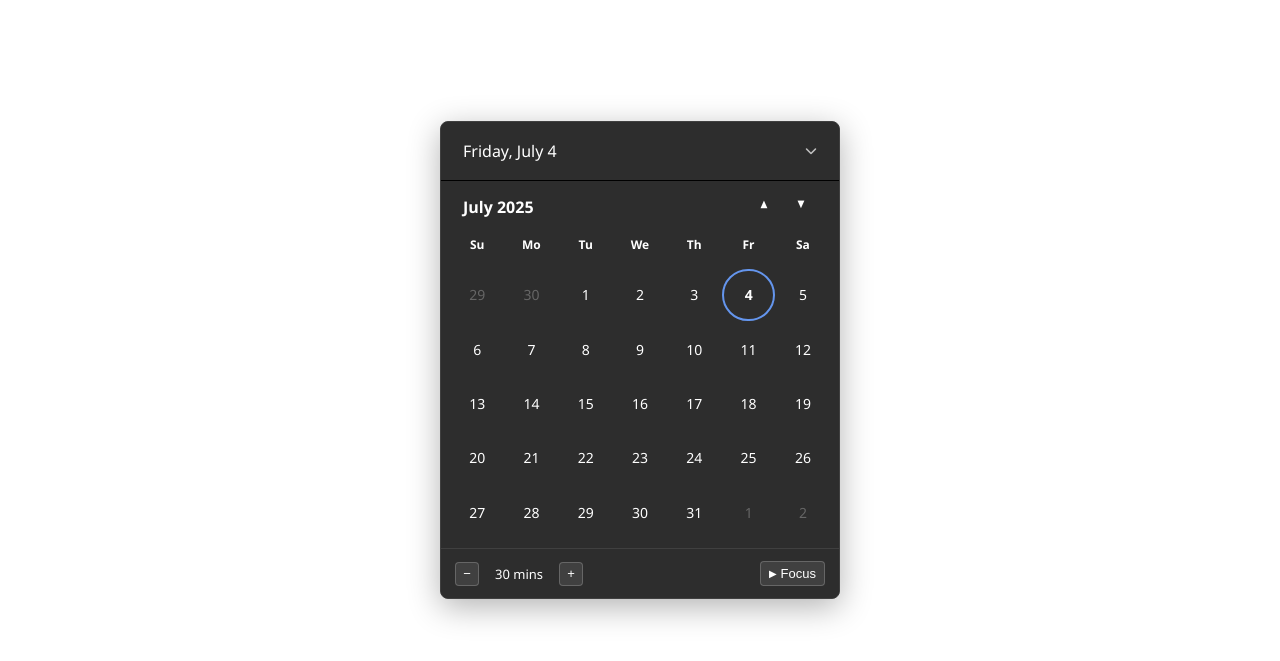
Repository: ThuTrang-jvb/JVB_BT2
Page: index.html
The author's editor kept a copy of each file at every save. The page is drawn from the files as they stood at one save, then again after a run of saves.
The browser window is 1280 px wide. The pictures show the whole page.

Above is the page before, as saved 2025-07-07 11:39:32.

### index.html
<!DOCTYPE html>
<html lang="en">
<head>
  <meta charset="UTF-8" />
  <meta name="viewport" content="width=device-width, initial-scale=1.0"/>
  <title>Calendar</title>
  <link rel="stylesheet" href="style.css" />
  <link rel="stylesheet" href="https://cdnjs.cloudflare.com/ajax/libs/font-awesome/6.4.0/css/all.min.css" />
</head>
<body>
  <div class="calendar">
    <div class="top-bar">
      <div class="date-display" id="dateToggle">
        <span id="dateText">Monday, November 7</span>
        <span class="dropdown-icon" id="dropdownIcon">
          <i class="fa-solid fa-chevron-down"></i>
        </span>
      </div>
    </div>

    <div class="navigation-bar">
      <div class="title-block" id="calendarTitle">
        <span id="calendarTitleText">November 2022</span>
        <div class="arrow-controls">
          <span>&#9650;</span>
          <span>&#9660;</span>
        </div>
      </div>
    </div>

    <div class="main-calendar">
      <div class="weekday-header" id="weekdayHeader">
        <div class="weekday">Su</div>
        <div class="weekday">Mo</div>
        <div class="weekday">Tu</div>
        <div class="weekday">We</div>
        <div class="weekday">Th</div>
        <div class="weekday">Fr</div>
        <div class="weekday">Sa</div>
      </div>
      <div class="grid-display month-view" id="gridContainer"></div>
    </div>

    <div class="bottom-panel">
      <div class="control-section">
        <div class="session-control">
          <button class="btn-time" id="minusTime">−</button>
          <span class="time-display" id="durationLabel">30 mins</span>
          <button class="btn-time" id="plusTime">+</button>
        </div>
        <button class="session-btn" id="startBtn">
          <span class="session-icon">▶</span>
          <span>Focus</span>
        </button>
      </div>
    </div>
  </div>
  <script src="main.js"></script>
</body>
</html>

### style.css

* {
    margin: 0;
    padding: 0;
    box-sizing: border-box;
}

body {
    font-family: "Segoe UI", Tahoma, Geneva, Verdana, sans-serif;
    background: #ffffff;
    color: #000000;
    min-height: 100vh;
    display: flex;
    align-items: center;
    justify-content: center;
}

.calendar {
    background: #2d2d2d;
    border-radius: 8px;
    width: 100%;
    max-width: 400px;
    box-shadow: 0 8px 32px rgba(0, 0, 0, 0.3);
    border: 1px solid #404040;
    overflow: hidden;
    display: flex;
    flex-direction: column;
}

.top-bar {
    background: #2d2d2d;
    padding: 18px 22px;
    border-bottom: 1px solid #000;
}

.date-display {
    display: flex;
    align-items: center;
    justify-content: space-between;
    font-size: 16px;
    font-weight: 400;
    color: #ffffff;
    cursor: pointer;
    transition: color 0.2s ease;
}

.date-display:hover {
    color: #60a5fa;
}

.dropdown-icon {
    opacity: 0.7;
    font-size: 12px;
}

.navigation-bar {
    display: flex;
    align-items: center;
    justify-content: space-between;
    font-weight: 500;
    padding: 15px 0 10px 22px;
    background: #2d2d2d;
}

.title-block {
    display: flex;
    gap: 227px;
    font-size: 16px;
    font-weight: 600;
    color: #ffffff;
    cursor: pointer;
    transition: color 0.2s ease;
}

.title-block:hover {
    color: #60a5fa;
}

.arrow-controls {
    display: flex;
    gap: 30px;
    font-size: 10px;
    margin-left: auto;
}

.weekday-header {
    display: grid;
    grid-template-columns: repeat(7, 1fr);
    gap: 2px;
    margin-bottom: 8px;
    padding: 0 10px;
}

.weekday {
    text-align: center;
    font-size: 12px;
    font-weight: 600;
    color: white;
    padding: 8px 4px;
}

.grid-display {
    display: grid;
    gap: 2px;
    padding: 0 10px 10px;
}

.month-view {
    grid-template-columns: repeat(7, 1fr);
}

.year-view {
    grid-template-columns: repeat(4, 1fr);
    gap: 8px;
}

.decade-view {
    grid-template-columns: repeat(4, 1fr);
    gap: 8px;
}

.grid-cell,
.year-cell,
.decade-cell {
    aspect-ratio: 1;
    display: flex;
    align-items: center;
    justify-content: center;
    cursor: pointer;
    border-radius: 50%;
    font-size: 14px;
    font-weight: 400;
    transition: all 0.2s ease;
    color: #ffffff;
    min-height: 32px;
}

.grid-cell:hover,
.year-cell:hover,
.decade-cell:hover {
    background: #404040;
    border-radius: 50%;
}

.grid-cell.dimmed,
.decade-cell.dimmed {
    color: #666666;
}

.grid-cell.today,
.year-cell.current,
.decade-cell.current {
    background: #033d72;
    color: white;
    font-weight: 600;
    border-radius: 50%;
}

.grid-cell.selected,
.year-cell.selected,
.decade-cell.selected {
    background: none;
    border: 2px solid cornflowerblue;
    color: white;
    font-weight: 600;
    border-radius: 50%;
}

.bottom-panel {
    padding: 12px 14px;
    border-top: 1px solid #404040;
    background: #2d2d2d;
}

.control-section {
    display: flex;
    justify-content: space-between;
    align-items: center;
}

.session-control {
    display: flex;
    align-items: center;
    gap: 6px;
}

.btn-time {
    background: #404040;
    color: white;
    cursor: pointer;
    font-size: 13px;
    width: 24px;
    height: 24px;
    display: flex;
    align-items: center;
    justify-content: center;
    border: 1px solid rgba(255, 255, 255, 0.2);
    transition: all 0.2s ease;
    border-radius: 4px;
}

.btn-time:hover {
    color: #60a5fa;
}

.time-display {
    font-size: 13px;
    color: white;
    min-width: 60px;
    padding: 0 10px;
    text-align: center;
}

.session-btn {
    background: #404040;
    border: 1px solid rgba(255, 255, 255, 0.2);
    padding: 4px 8px;
    color: white;
    font-size: 13px;
    cursor: pointer;
    display: flex;
    align-items: center;
    gap: 4px;
    transition: color 0.2s ease;
    border-radius: 4px;
}

.session-btn:hover {
    color: #60a5fa;
    background: #404040;
}

.session-icon {
    font-size: 10px;
}

.hidden {
    display: none;
}
.main-calendar {
    overflow: hidden;
    transition: max-height 0.4s ease;
}
.main-calendar.collapsed {
  max-height: 0;
}

@media (max-width: 480px) {
    .calendar {
        width: 90%;
        margin: 10px;
    }
}

### main.js
class Calendar {
    constructor() {
        this.currentDate = new Date();
        this.selectedDate = new Date();
        this.currentMonth = new Date();
        this.viewMode = 'month';
        this.timeMinutes = 30;
        this.focusInterval = null;
        this.remainingSeconds = 0;

        this.months = [
            'January', 'February', 'March', 'April', 'May', 'June',
            'July', 'August', 'September', 'October', 'November', 'December'
        ];

        this.monthsShort = [
            'Jan', 'Feb', 'Mar', 'Apr', 'May', 'Jun',
            'Jul', 'Aug', 'Sep', 'Oct', 'Nov', 'Dec'
        ];

        this.init();
    }

    init() {
        this.bindEvents();
        this.updateDisplay();
        this.startRealTimeUpdate();
    }

    bindEvents() {
        document.getElementById('dateText').addEventListener('click', () => this.handleHeaderClick())
        document.querySelector('.dropdown-icon').addEventListener('click', () => this.isCollapsed());
        document.getElementById('calendarTitle').addEventListener('click', () => this.handleNavTitleClick());
        const arrows = document.querySelectorAll('.arrow-controls span');
        if (arrows.length >= 2) {
            arrows[0].addEventListener('click', () => this.navigate(-1));
            arrows[1].addEventListener('click', () => this.navigate(1));
        }

        document.getElementById('minusTime').addEventListener('click', () => this.adjustTime(-5));
        document.getElementById('plusTime').addEventListener('click', () => this.adjustTime(15));
        document.getElementById('startBtn').addEventListener('click', () => this.toggleFocus());
    }

    adjustTime(minutes) {
        this.timeMinutes += minutes;
        if (this.timeMinutes < 5) this.timeMinutes = 5;
        if (this.timeMinutes > 480) this.timeMinutes = 480;
        this.updateTimeDisplay();
    }

    updateTimeDisplay() {
        const timeLabel = document.getElementById('durationLabel');
        if (this.timeMinutes >= 60) {
            const hours = Math.floor(this.timeMinutes / 60);
            const mins = this.timeMinutes % 60;
            if (mins === 0) {
                timeLabel.textContent = `${hours} hr${hours > 1 ? 's' : ''}`;
            } else {
                timeLabel.textContent = `${hours}h ${mins}m`;
            }
        } else {
            timeLabel.textContent = `${this.timeMinutes} mins`;
        }
    }

    toggleFocus() {
        const focusBtn = document.getElementById('startBtn');
        const icon = focusBtn.querySelector('.session-icon');
        const text = focusBtn.querySelector('span:last-child');

        if (text.textContent === 'Focus') {
            text.textContent = 'Stop';
            icon.textContent = '⏸';
            focusBtn.style.color = '#60a5fa';
            this.remainingSeconds = this.timeMinutes * 60;

            this.focusInterval = setInterval(() => {
                this.remainingSeconds--;
                this.updateCountdownDisplay();

                if (this.remainingSeconds <= 0) {
                    clearInterval(this.focusInterval);
                    this.focusInterval = null;
                    alert("Time's up!");
                    this.resetFocusButton();
                }
            }, 1000);

        } else {
            clearInterval(this.focusInterval);
            this.focusInterval = null;
            this.resetFocusButton();
            this.updateTimeDisplay();
        }
    }

    updateCountdownDisplay() {
        const timeLabel = document.getElementById('durationLabel');
        const minutes = Math.floor(this.remainingSeconds / 60);
        const seconds = this.remainingSeconds % 60;
        timeLabel.textContent = `${minutes}m ${seconds}s`;
    }

    resetFocusButton() {
        const focusBtn = document.getElementById('startBtn');
        const icon = focusBtn.querySelector('.session-icon');
        const text = focusBtn.querySelector('span:last-child');

        text.textContent = 'Focus';
        icon.textContent = '\u25B6';
        focusBtn.style.color = '#888888';
    }

    startRealTimeUpdate() {
        setInterval(() => {
            this.currentDate = new Date();
            this.updateHeaderDate();
        }, 1000);
    }

    handleHeaderClick() {
            this.viewMode = 'month';
            this.currentMonth = new Date(this.currentDate);
            this.selectedDate = new Date(this.currentDate);
            this.updateDisplay();

    }

    handleNavTitleClick() {
        switch (this.viewMode) {
            case 'month':
                this.viewMode = 'year';
                break;
            case 'year':
                this.viewMode = 'decade';
                break;
        }
        this.updateDisplay();
    }

    navigate(direction) {
        switch (this.viewMode) {
            case 'month':
                this.currentMonth.setMonth(this.currentMonth.getMonth() + direction);
                break;
            case 'year':
                this.currentMonth.setFullYear(this.currentMonth.getFullYear() + direction);
                break;
            case 'decade':
                this.currentMonth.setFullYear(this.currentMonth.getFullYear() + direction * 10);
                break;
        }
        this.updateDisplay();
    }

    updateDisplay() {
        this.updateHeaderDate();
        this.updateNavTitle();
        this.updateCalendarGrid();
        this.updateWeekdayHeader();
        this.updateTimeDisplay();
    }

    updateHeaderDate() {
        const options = { weekday: 'long', month: 'long', day: 'numeric' };
        const dateText = this.currentDate.toLocaleDateString('en-US', options);

        document.getElementById('dateText').textContent = dateText;
    }

    updateNavTitle() {
        let titleText = '';
        switch (this.viewMode) {
            case 'month':
                titleText = `${this.months[this.currentMonth.getMonth()]} ${this.currentMonth.getFullYear()}`;
                break;
            case 'year':
                titleText = this.currentMonth.getFullYear().toString();
                break;
            case 'decade':
                const startYear = Math.floor(this.currentMonth.getFullYear() / 10) * 10;
                titleText = `${startYear} - ${startYear + 9}`;
                break;
        }
        document.getElementById('calendarTitleText').textContent = titleText;
    }

    updateWeekdayHeader() {
        const header = document.getElementById('weekdayHeader');
        const grid = document.getElementById('gridContainer');

        if (this.viewMode === 'month') {
            header.classList.remove('hidden');
            grid.className = 'grid-display month-view';
        } else {
            header.classList.add('hidden');
            grid.className = `grid-display ${this.viewMode}-view`;
        }
    }

    updateCalendarGrid() {
        const grid = document.getElementById('gridContainer');
        grid.innerHTML = '';

        switch (this.viewMode) {
            case 'month':
                this.renderMonthView(grid);
                break;
            case 'year':
                this.renderYearView(grid);
                break;
            case 'decade':
                this.renderDecadeView(grid);
                break;
        }
    }

    renderMonthView(grid) {
        const daysInMonth = new Date(this.currentMonth.getFullYear(), this.currentMonth.getMonth() + 1, 0).getDate();
        const firstDay = new Date(this.currentMonth.getFullYear(), this.currentMonth.getMonth(), 1).getDay();
        const prevMonth = new Date(this.currentMonth.getFullYear(), this.currentMonth.getMonth(), 0);
        const prevMonthDays = prevMonth.getDate();

        for (let i = firstDay - 1; i >= 0; i--) {
            const day = document.createElement('div');
            day.className = 'grid-cell dimmed';
            day.textContent = prevMonthDays - i;
            grid.appendChild(day);
        }

        for (let day = 1; day <= daysInMonth; day++) {
            const date = new Date(this.currentMonth.getFullYear(), this.currentMonth.getMonth(), day);
            const dayElement = document.createElement('div');
            dayElement.className = 'grid-cell';
            dayElement.textContent = day;

            if (this.isSameDay(date, this.currentDate)) dayElement.classList.add('today');
            if (this.isSameDay(date, this.selectedDate)) dayElement.classList.add('selected');

            dayElement.addEventListener('click', () => {
                this.selectedDate = new Date(date);
                this.updateDisplay();
            });

            grid.appendChild(dayElement);
        }

        const totalCells = Math.ceil((firstDay + daysInMonth) / 7) * 7;
        const remainingCells = totalCells - (firstDay + daysInMonth);

        for (let day = 1; day <= remainingCells; day++) {
            const dayElement = document.createElement('div');
            dayElement.className = 'grid-cell dimmed';
            dayElement.textContent = day;
            grid.appendChild(dayElement);
        }
    }

    renderYearView(grid) {
        for (let month = 0; month < 12; month++) {
            const monthElement = document.createElement('div');
            monthElement.className = 'year-cell';
            monthElement.textContent = this.monthsShort[month];

            const date = new Date(this.currentMonth.getFullYear(), month, 1);

            if (month === this.currentDate.getMonth() && this.currentMonth.getFullYear() === this.currentDate.getFullYear()) {
                monthElement.classList.add('current');
            }
            if (month === this.currentMonth.getMonth()) {
                monthElement.classList.add('selected');
            }

            monthElement.addEventListener('click', () => {
                this.currentMonth.setMonth(month);
                this.viewMode = 'month';
                this.updateDisplay();
            });

            grid.appendChild(monthElement);
        }
    }

    renderDecadeView(grid) {
        const currentYear = this.currentMonth.getFullYear();
        const startYear = Math.floor(currentYear / 10) * 10 - 2;

        for (let i = 0; i < 16; i++) {
            const year = startYear + i;
            const yearElement = document.createElement('div');
            yearElement.className = 'decade-cell';
            yearElement.textContent = year;

            if (year === this.currentDate.getFullYear()) yearElement.classList.add('current');
            if (year === this.currentMonth.getFullYear()) yearElement.classList.add('selected');
            if (i < 2 || i > 13) yearElement.classList.add('dimmed');

            yearElement.addEventListener('click', () => {
                this.currentMonth.setFullYear(year);
                this.viewMode = 'year';
                this.updateDisplay();
            });

            grid.appendChild(yearElement);
        }
    }

    isSameDay(date1, date2) {
        return date1.getDate() === date2.getDate() &&
               date1.getMonth() === date2.getMonth() &&
               date1.getFullYear() === date2.getFullYear();
    }
    isCollapsed() {
        const calendar = document.querySelector('.calendar');
        const mainCalendar = document.querySelector('.main-calendar');
        const navigationBar = document.querySelector('.navigation-bar');
        const dropdownIcon = document.getElementById('dropdownIcon');

        calendar.classList.toggle('collapsed');

        if (calendar.classList.contains('collapsed')) {
            mainCalendar.style.display = 'none';
            navigationBar.style.display = 'none';

            // Đổi icon mũi tên thành hướng lên
            if (dropdownIcon.tagName === 'I') {
                dropdownIcon.classList.remove('fa-chevron-down');
                dropdownIcon.classList.add('fa-chevron-up');
            } else {
                dropdownIcon.textContent = '▲';
            }
        } else {
            mainCalendar.style.display = '';
            navigationBar.style.display = '';

            // Đổi icon mũi tên thành hướng xuống
            if (dropdownIcon.tagName === 'I') {
                dropdownIcon.classList.remove('fa-chevron-up');
                dropdownIcon.classList.add('fa-chevron-down');
            } else {
                dropdownIcon.textContent = '▼';
            }
        }
    }

}

document.addEventListener('DOMContentLoaded', () => {
    new Calendar();
});

After the next 2 saves:
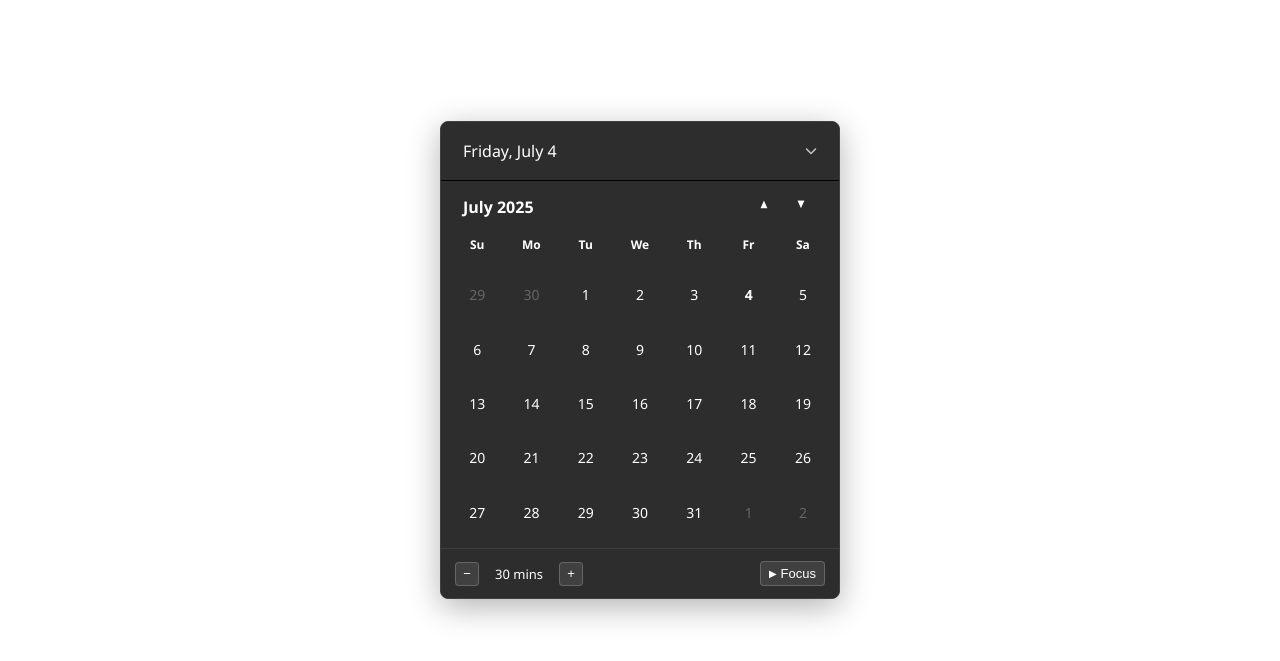
The 2 saves are shown as one change because they came seconds apart.
The last was saved 31 s later.
--- a/style.css
+++ b/style.css
@@ -160,7 +160,7 @@ body {
 .year-cell.selected,
 .decade-cell.selected {
     background: none;
-    border: 2px solid cornflowerblue;
+    border: 2px solid #;
     color: white;
     font-weight: 600;
     border-radius: 50%;
